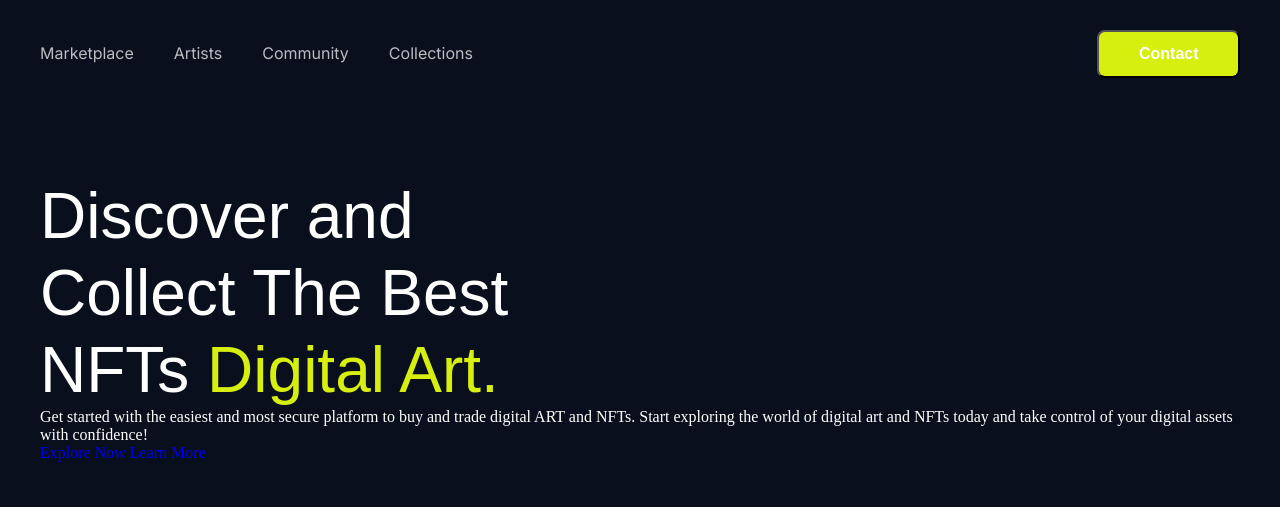
Repository: Kamron5505/NftMarketplace
Page: index.html
The author's editor kept a copy of each file at every save. The page is drawn from the files as they stood at one save, then again after the next save.
The browser window is 1280 px wide. The pictures show the whole page.
Some web fonts or font styles are not loaded; a fallback is used.

Above is the page before, as saved 2025-07-07 23:30:54.

### index.html
<!DOCTYPE html>
<html lang="en">

<head>
    <meta charset="UTF-8">
    <meta name="viewport" content="width=device-width, initial-scale=1.0">
    <title>NFTMarketplace Landing</title>
    <link rel="stylesheet" href="./style.css">
    <link
        href="https://fonts.googleapis.com/css2?family=Inter:wght@400;600;700&family=Source+Sans+Pro:wght@400;600;700&display=swap"
        rel="stylesheet">
</head>

<body>
    <header class="header">
        <div class="container">
            <nav class="nav">
                <ul class="nav-list">
                    <li class="nav-item"><a href="#" class="nav-link">Marketplace</a></li>
                    <li class="nav-item"><a href="#" class="nav-link">Artists</a></li>
                    <li class="nav-item"><a href="#" class="nav-link">Community</a></li>
                    <li class="nav-item"><a href="#" class="nav-link">Collections</a></li>
                </ul>
                <button class="header-contact-btn">Contact</button>
            </nav>
        </div>
    </header>
    <main class="main">
        <section class="nft-section">
            <div class="container">
                <div class="nft-wrapper">
                    <div class="content-left">
                        <h1 class="title">
                            Discover and <br>
                            Collect The Best <br>
                            NFTs <span class="highlight"> Digital Art.</span>
                        </h1>

                        <p class="description">
                            Get started with the easiest and most secure platform to buy and trade digital ART and NFTs.
                            Start exploring the world of digital art and NFTs today and take control of your digital
                            assets with confidence!
                        </p>

                        <div class="buttons">
                            <a href="#" class="btn btn-primary">Explore Now</a>
                            <a href="#" class="btn btn-secondary">Learn More</a>
                        </div>

                        <!-- <div class="stats">
                            <div class="stat">
                                <div class="number">8.9K</div>
                                <div class="label">Art work</div>
                            </div>
                            <div class="stat">
                                <div class="number">65K</div>
                                <div class="label">Artist</div>
                            </div>
                            <div class="stat">
                                <div class="number">87K</div>
                                <div class="label">Collection</div>
                            </div>
                        </div>
                    </div> -->
                    <!-- <div class="content-right">
                        <div class="card">
                            <img src="nft-image.jpg" alt="NFT Image" class="card-image">
                            <div class="card-info">
                                <div class="card-timer">
                                    <span>Ends in</span>
                                    <span class="time">05:45:47</span>
                                </div>
                                <div class="card-bid">
                                    <span>Current bid</span>
                                    <span class="eth">0.24 ETH</span>
                                </div>
                                <a href="#" class="btn btn-bid">Place A Bid</a>
                            </div>
                        </div>
                    </div> -->
                </div>
            </div>
        </section>
    </main>
</body>

</html>

### style.css
@font-face {
    font-family: 'Canela';
    src: url('../fonts/Canela-Bold.woff2') format('woff2');
    font-weight: bold;
    font-style: medium;
}

* {
    margin: 0;
    padding: 0;
    text-decoration: none;
    list-style: none;
    box-sizing: border-box;
}

body {
    background: #090f1d;
    color: #fffffd;
}

:root {
    --font-family: "Inter", sans-serif;
    ---family: "Source Sans Pro", sans-serif;
    --font-family: "Canela", sans-serif;
}

h1,
h2,
h3,
h4,
h5,
h6 {
    font-family: "Canela", sans-serif;
    font-weight: bold;
    font-weight: 500;
    font-size: 64px;
    line-height: 120%;
    color: #fffffd;
}

:root {
    --font-family: "Inter", sans-serif;
    --second-family: "Source Sans Pro", sans-serif;
    --third-family: "Canela", sans-serif;
}

.highlight {
    color: #d6ef0e;
}

.header {
    margin-top: 30px;
    font-family: "Inter", sans-serif;
}

.container {
    width: 1200px;
    margin: 0 auto;
}

.nav {
    display: flex;
    align-items: center;
    justify-content: space-between;
}

.nav-list {
    display: flex;
    gap: 40px;
}


.nav-link {
    font-weight: 400;
    font-size: 16px;
    line-height: 160%;
    color: rgba(255, 255, 253, 0.72);
}

.nav-link:hover {
    border-bottom: 1px solid #d6ef0e;
    width: 94px;
    height: 26px;
    transition: all 0.3s ease;
}

.header-contact-btn {
    background: #d6ef0e;
    border-radius: 8px;
    padding: 12px 40px;
    width: 143px;
    height: 48px;
    font-weight: 700;
    font-size: 16px;
    line-height: 120%;
    color: #fff;
}



.nft-section {
    margin-top: 100px;
}


.nft-wrapper {}

.content-left {}

.title {}

.highlight {}

.description {}

.buttons {}

.btn {}

.btn-primary {}

.btn-secondary {}

After the next save:
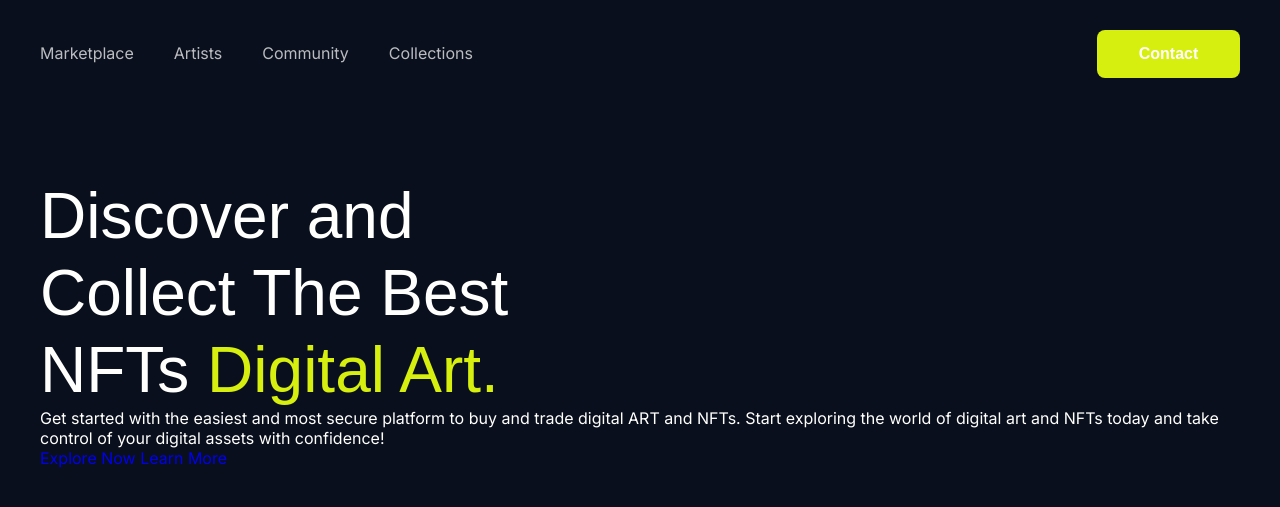
Saved 2 min 32 s later.
--- a/style.css
+++ b/style.css
@@ -1,27 +1,32 @@
 @font-face {
     font-family: 'Canela';
     src: url('../fonts/Canela-Bold.woff2') format('woff2');
-    font-weight: bold;
-    font-style: medium;
+    font-weight: 700;
+    font-style: normal;
 }
 
 * {
     margin: 0;
     padding: 0;
+    box-sizing: border-box;
     text-decoration: none;
     list-style: none;
-    box-sizing: border-box;
+}
+
+:root {
+    --font-main: "Inter", sans-serif;
+    --font-second: "Source Sans Pro", sans-serif;
+    --font-accent: "Canela", sans-serif;
+    --color-bg: #090f1d;
+    --color-text: #fffffd;
+    --color-accent: #d6ef0e;
+    --color-muted: rgba(255, 255, 253, 0.72);
 }
 
 body {
-    background: #090f1d;
-    color: #fffffd;
-}
-
-:root {
-    --font-family: "Inter", sans-serif;
-    ---family: "Source Sans Pro", sans-serif;
-    --font-family: "Canela", sans-serif;
+    background: var(--color-bg);
+    color: var(--color-text);
+    font-family: var(--font-main);
 }
 
 h1,
@@ -30,27 +35,20 @@ h3,
 h4,
 h5,
 h6 {
-    font-family: "Canela", sans-serif;
-    font-weight: bold;
+    font-family: var(--font-accent);
     font-weight: 500;
     font-size: 64px;
     line-height: 120%;
-    color: #fffffd;
-}
-
-:root {
-    --font-family: "Inter", sans-serif;
-    --second-family: "Source Sans Pro", sans-serif;
-    --third-family: "Canela", sans-serif;
+    color: var(--color-text);
 }
 
 .highlight {
-    color: #d6ef0e;
+    color: var(--color-accent);
 }
 
 .header {
     margin-top: 30px;
-    font-family: "Inter", sans-serif;
+    font-family: var(--font-main);
 }
 
 .container {
@@ -69,23 +67,38 @@ h6 {
     gap: 40px;
 }
 
+.nav-item {}
 
 .nav-link {
+    position: relative;
     font-weight: 400;
     font-size: 16px;
     line-height: 160%;
-    color: rgba(255, 255, 253, 0.72);
+    color: var(--color-muted);
+    transition: color 0.3s ease;
+}
+
+.nav-link::after {
+    content: "";
+    position: absolute;
+    left: 0;
+    bottom: -2px;
+    width: 0%;
+    height: 2px;
+    background-color: var(--color-accent);
+    transition: width 0.3s ease;
 }
 
 .nav-link:hover {
-    border-bottom: 1px solid #d6ef0e;
-    width: 94px;
-    height: 26px;
-    transition: all 0.3s ease;
+    color: var(--color-accent);
+}
+
+.nav-link:hover::after {
+    width: 100%;
 }
 
 .header-contact-btn {
-    background: #d6ef0e;
+    background: var(--color-accent);
     border-radius: 8px;
     padding: 12px 40px;
     width: 143px;
@@ -94,22 +107,25 @@ h6 {
     font-size: 16px;
     line-height: 120%;
     color: #fff;
+    border: none;
+    cursor: pointer;
+    transition: background-color 0.3s ease, transform 0.2s ease;
 }
 
-
+.header-contact-btn:hover {
+    background-color: #c3e000;
+    transform: scale(1.05);
+}
 
 .nft-section {
     margin-top: 100px;
 }
-
 
 .nft-wrapper {}
 
 .content-left {}
 
 .title {}
-
-.highlight {}
 
 .description {}
 
